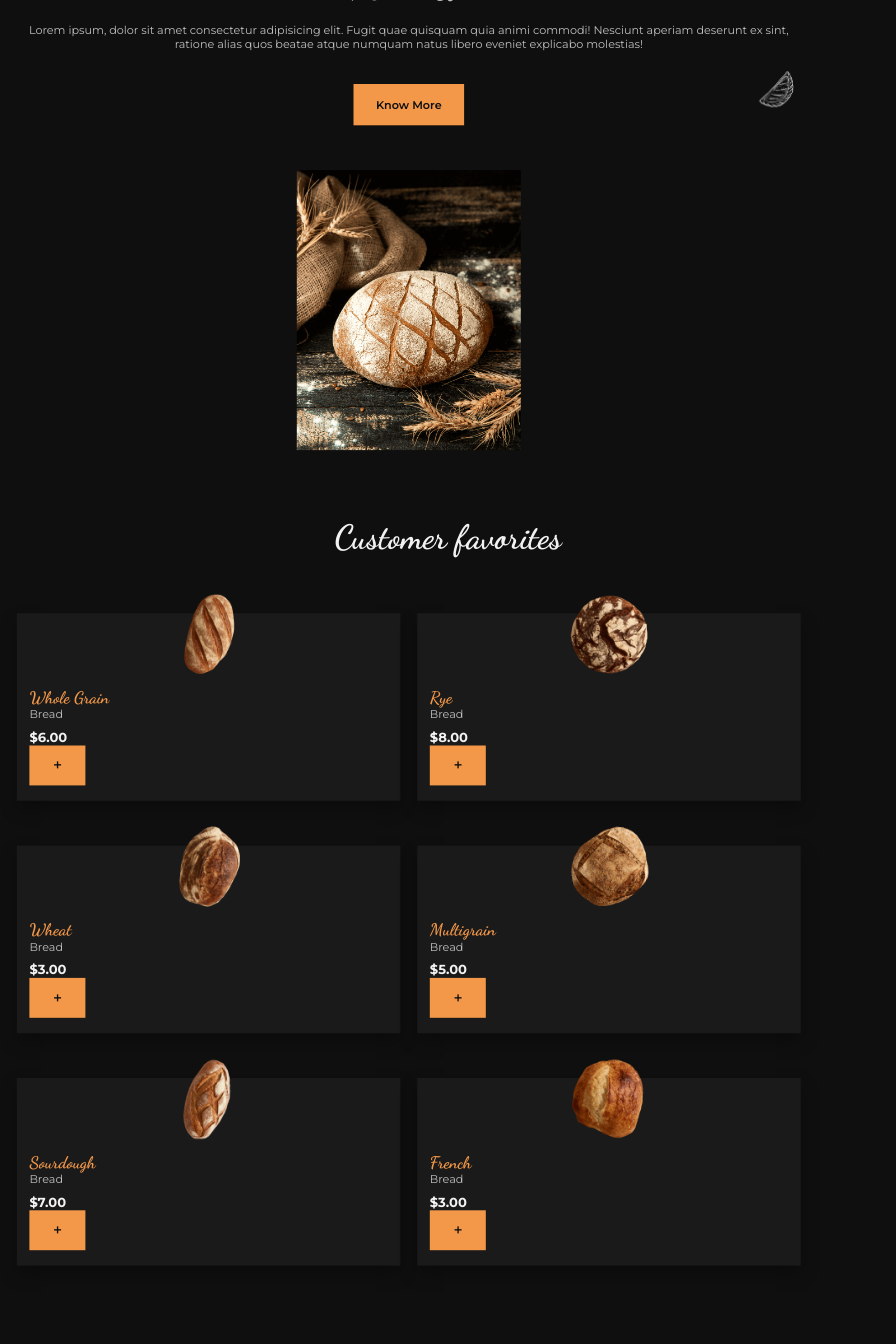
Repository: dinhhaidh/Bakery-web
Page: index.html
The author's editor kept a copy of each file at every save. The page is drawn from the files as they stood at one save, then again after a run of saves.
The browser window is 1280 px wide. The pictures show the part of the page from y = 1960 to 3880 px (the page is 3880 px tall before and 3868 px after), at 70% of full size.
Some web libraries are served in a nearby version.

Above is the page before, as saved 2024-01-16 15:19:32.

### index.html
<!DOCTYPE html>
<html lang="en">
  <head>
    <meta charset="UTF-8" />
    <meta name="viewport" content="width=device-width, initial-scale=1.0" />

    <!--=============== FAVICON ===============-->
    <link rel="shortcut icon" href="assets/img/favicon.png" type="image/x-icon"/>
    <!--=============== REMIXICONS ===============-->
    <link rel="stylesheet"  href="https://cdnjs.cloudflare.com/ajax/libs/remixicon/3.7.0/remixicon.css"/>
    <!--=============== CSS ===============-->
    <link rel="stylesheet" href="./css/style.css"/>

    <title>Responsive bakery website - Bedimcode</title>
  </head>
  <body>
    <!--==================== HEADER ====================-->
    <header class="header" id="header">
        <nav class="nav container">
            <a href="#" class="nav__logo">Bakery</a>
            <div class="nav__menu" id="nav-menu">
                <ul class="nav__list">
                    <li class="nav__item">
                        <a href="#home" class="nav__link">Home</a>
                    </li>
                    <li class="nav__item">
                        <a href="#new" class="nav__link">News</a>
                    </li>
                    <li class="nav__item">
                        <a href="#about" class="nav__link">About Us</a>
                    </li>
                    <li class="nav__item">
                        <a href="#favorite" class="nav__link">Favorites</a>
                    </li>
                    <li class="nav__item">
                        <a href="#visit" class="nav__link">Location</a>
                    </li>
                </ul>
                <div class="nav__close" id="nav-close">
                    <i class="ri-close-line"></i>
                </div>

                <img src="./img/bread-4.png" alt="image" class="nav__img-1">
                <img src="./img/bread-1.png" alt="image" class="nav__img-2">
            </div>

            <!-- toggle button -->
            <div class="nav__toggle" id="nav-toggle">
                <i class="ri-menu-line"></i>
            </div>
        </nav>
    </header>

    <!--==================== MAIN ====================-->
    <main class="main">
      <!--==================== HOME ====================-->
      <section class="home section" id="home">
        <img src="./img/home-bg.jpg" alt="image" class="home__bg">
        <div class="home__shadow"></div>
        <div class="home__container container grid">
            <div class="home__data">
                <h1 class="home__title">
                    Select The Best.<br> Quality Breads
                </h1>
                <a href="#" class="button">Select breads</a>

                <img src="./img/bread-1.png" alt="image" class="home__bread">
            </div>
            <div class="home__image">
                <img src="./img/home-bread.png" alt="image" class="home__img">
            </div>
            <footer class="home__footer">
                <div class="home__location">
                    <i class="ri-map-pin-line"></i>
                    <span>Av. The Sun #321 <br> Lima Peru</span>
                </div>
                <div class="home__social">
                    <a href="https://www.facebook.com/" target="_blank">

                        <i class="ri-facebook-circle-line"></i>
                    </a>
                    <a href="https://www.instagram.com/
                    " target="_blank">
                        <i class="ri-instagram-line"></i>
                    </a>
                    <a href="https://www.youtube.com/" target="_blank">
                        <i class="ri-youtube-line"></i>
                    </a>
                </div>
            </footer>
        </div>
      </section>

      <!--==================== NEWS ====================-->
      <section class="new section" id="new">
        <h2 class="section__title">New breads</h2>

        <div class="new__container container grid">
            <div class="new__content grid">
                <article class="new__card">
                    <div class="new__data">
                        <h2 class="new__title">Rye Bread</h2>
                        <p class="new__description">
                            Baked width healthy, gluten-free
                            sourdough for good nutrition.
                        </p>
                    </div>
                    <img src="./img/new-bread-1.png" alt="image" class="new__img">
                </article>
                <article class="new__card">
                    <div class="new__data">
                        <h2 class="new__title">Whole grain bread</h2>
                        <p class="new__description">
                            Crispy and homemade prepared
                            form organic yeast-free flour
                        </p>
                    </div>
                    <img src="./img/new-bread-2.png"  alt="image" class="new__img">
                </article>
                <article class="new__card">
                    <div class="new__data">
                        <h2 class="new__title">Multigrain Bread</h2>
                        <p class="new__description">
                            Tasty and made with different
                            natural grains form the countryside
                        </p>
                    </div>
                    <img src="./img/new-bread-3.png"  alt="image" class="new__img">
                </article>
            </div>
            <a href="#" class="new__button button">See More Breads</a>
        </div>
      </section>

      <!--==================== ABOUT ====================-->
      <section class="about section" id="about">
        <div class="about__container container grid">
            <div class="about__data">
                <div class="section__title">About Us</div>

                <p class="about__description">
                    Lorem ipsum, dolor sit amet consectetur adipisicing elit. Fugit quae quisquam quia animi commodi! Nesciunt aperiam deserunt ex sint, ratione alias quos beatae atque numquam natus libero eveniet explicabo molestias!
                </p>
                <a href="#" class="button">Know More</a>
                <img src="./img/bread-2.png" alt="image" class="about__bread">
            </div>
            <img src="./img/about-bread.png" alt="" class="about__img">
        </div>
      </section>

      <!--==================== FAVORITES ====================-->
      <section class="favorite section" id="favorite">
        <h2 class="section__title">Customer favorites</h2>
        <div class="favorite__container container grid">
            <article class="article__card">
                <img src="./img/favorite-bread-1.png" alt="image" class="favorite__img">
                <div class="favorite__data">
                    <h2 class="favorite__title">Whole Grain</h2>
                    <span class="favorite__subtitle">Bread</span>
                    <h3 class="favorite__price">$6.00</h3>
                </div>
                <button class="favorite__button button">
                    <i class="ri-add-line"></i>
                </button>
            </article>
            <article class="article__card">
                <img src="./img/favorite-bread-2.png" alt="image" class="favorite__img">
                <div class="favorite__data">
                    <h2 class="favorite__title">Rye</h2>
                    <span class="favorite__subtitle">Bread</span>
                    <h3 class="favorite__price">$8.00</h3>
                </div>
                <button class="favorite__button button">
                    <i class="ri-add-line"></i>
                </button>
            </article>
            <article class="article__card">
                <img src="./img/favorite-bread-3.png" alt="image" class="favorite__img">
                <div class="favorite__data">
                    <h2 class="favorite__title">Wheat</h2>
                    <span class="favorite__subtitle">Bread</span>
                    <h3 class="favorite__price">$3.00</h3>
                </div>
                <button class="favorite__button button">
                    <i class="ri-add-line"></i>
                </button>
            </article>
            <article class="article__card">
                <img src="./img/favorite-bread-4.png" alt="image" class="favorite__img">
                <div class="favorite__data">
                    <h2 class="favorite__title">Multigrain</h2>
                    <span class="favorite__subtitle">Bread</span>
                    <h3 class="favorite__price">$5.00</h3>
                </div>
                <button class="favorite__button button">
                    <i class="ri-add-line"></i>
                </button>
            </article>
            <article class="article__card">
                <img src="./img/favorite-bread-5.png" alt="image" class="favorite__img">
                <div class="favorite__data">
                    <h2 class="favorite__title">Sourdough</h2>
                    <span class="favorite__subtitle">Bread</span>
                    <h3 class="favorite__price">$7.00</h3>
                </div>
                <button class="favorite__button button">
                    <i class="ri-add-line"></i>
                </button>
            </article>
            <article class="article__card">
                <img src="./img/favorite-bread-6.png" alt="image" class="favorite__img">
                <div class="favorite__data">
                    <h2 class="favorite__title">French</h2>
                    <span class="favorite__subtitle">Bread</span>
                    <h3 class="favorite__price">$3.00</h3>
                </div>
                <button class="favorite__button button">
                    <i class="ri-add-line"></i>
                </button>
            </article>
        </div>
      </section>

      <!--==================== VISIT ====================-->
      <section class="visit section" id="visit"></section>
    </main>

    <!--==================== FOOTER ====================-->
    <footer class="footer"></footer>

    <!--========== SCROLL UP ==========-->

    <!--=============== SCROLLREVEAL ===============-->
    <script src="./js/scrollreveal.min.js"></script>
    <script src="https://code.jquery.com/jquery-3.7.1.min.js"></script>

    <!--=============== MAIN JS ===============-->
    <script src="./js/main.js"></script>
  </body>
</html>

### css/style.css
/*=============== GOOGLE FONTS ===============*/
@import url("https://fonts.googleapis.com/css2?family=Dancing+Script:wght@700&family=Montserrat:wght@400;600;700&display=swap");

/*=============== VARIABLES CSS ===============*/
:root {
    --header-height: 3.5rem;

    /*========== Colors ==========*/
    /*Color mode HSL(hue, saturation, lightness)*/
    --first-color: hsl(28, 88%, 62%);
    --first-color-alt: hsl(28, 84%, 58%);
    --title-color: hsl(0, 0%, 95%);
    --text-color: hsl(0, 0%, 75%);
    --text-color-light: hsl(0, 0%, 65%);
    --black-color: hsl(0, 0%, 6%);
    --body-color: hsl(0, 0%, 6%);
    --container-color: hsl(0, 0%, 10%);

    /*========== Font and typography ==========*/
    /*.5rem = 8px | 1rem = 16px ...*/
    --body-font: "Montserrat", sans-serif;
    --second-font: "Dancing Script", cursive;
    --biggest-font-size: 3rem;
    --bigger-font-size: 2rem;
    --h1-font-size: 1.5rem;
    --h2-font-size: 1.25rem;
    --h3-font-size: 1rem;
    --normal-font-size: .938rem;
    --small-font-size: .813rem;

    /*========== Font weight ==========*/
    --font-regular: 400;
    --font-semi-bold: 600;
    --font-bold: 700;

    /*========== z index ==========*/
    --z-tooltip: 10;
    --z-fixed: 100;
}

/*========== Responsive typography ==========*/
@media screen and (min-width: 1150px) {
    :root {
        --biggest-font-size: 5rem;
        --bigger-font-size: 3rem;
        --h1-font-size: 2.25rem;
        --h2-font-size: 1.5rem;
        --h3-font-size: 1.25rem;
        --normal-font-size: 1rem;
        --small-font-size: .875rem;
    }
}

/*=============== BASE ===============*/
* {
    box-sizing: border-box;
    padding: 0;
    margin: 0;
}

html {
    scroll-behavior: smooth;
}

body,
button {
    font-family: var(--body-font);
    font-size: var(--normal-font-size);
}

body {
    background-color: var(--body-color);
    color: var(--text-color);
}

button {
    border: none;
    outline: none;
}

h1,
h2,
h3,
h4 {
    color: var(--title-color);
    font-weight: var(--font-bold);
}

ul {
    list-style: none;
}

a {
    text-decoration: none;
}

img {
    display: block;
    max-width: 100%;
    height: auto;
}

/*=============== REUSABLE CSS CLASSES ===============*/
.container {
    max-width: 1120px;
    margin-inline: 1.5rem;
}

.grid {
    display: grid;
    gap: 1.5rem;
}

.section {
    padding-block: 5rem 1rem;
}

.section__title {
    font-size: var(--bigger-font-size);
    font-family: var(--second-font);
    margin-bottom: 1.5rem;
    text-align: center;
}

.main {
    overflow: hidden;
    /* For animation ScrollReveal */
}

/*=============== HEADER & NAV ===============*/
.header{
    position: fixed;
    width: 100%;
    top: 0;
    left: 0;
    background-color: transparent;
    z-index: var(--z-fixed);
}
.nav{
    position: relative;
    height: var(--header-height);
    display: flex;
    justify-content: space-between;
    align-items: center;
}
.nav__logo{
    color: var(--first-color);
    font-size: var(--h2-font-size);
    font-family: var(--second-font);
    transition: color .4s;
}
.nav__logo:hover{
    color: var(--first-color-alt);
}
.nav__close,
.nav__toggle{
    font-size: 1.5rem;
    color: var(--title-color);
    cursor: pointer;
}

/* Navigation for mobile devices */
/* responsive */
@media screen and (max-width: 1150px) {
    .nav__menu{
        position: fixed;
        top: 0;
        right: -100%;
        background-color: hsla(0,0%,6%, .2);
        backdrop-filter: blur(16px);
        -webkit-backdrop-filter: blur(16px);
        width: 80%;
        height: 100%;
        padding: 6rem 3rem 0;
        transition: right .4s;
    }
    .nav__list{
        display: flex;
        flex-direction: column;
        row-gap: 2.5rem;
    }
    .nav__link{
        color: var(--title-color);
        font-weight: var(--font-semi-bold);
        transition: color .4s;
    }
    .nav__link:hover{
        color: var(--first-color);
    }
    .nav__close,
    .nav__img-1,
    .nav__img-2{
        position: absolute;
    }
    .nav__close{
        top: 1rem;
        right: 1.5rem;
    }
    .nav__img-1{
        width: 80px;
        top: 11rem;
        right: 0.75rem;
    }
    .nav__img-2{
        width: 60px;
        top: 28rem;
        left: 6rem;
    }
}

/* Show menu */
.show-menu{
    right: 0;
}

/* Add blur header */
/* Thêm tiêu đề mờ, khi kéo xuống hiển thị thanh nngang fixed */
.blur-header::after{
    content: '';
    position: absolute;
    width: 100%;
    height: 100%;
    background-color: hsla(0, 0%, 6%, .2);
    backdrop-filter: blur(16px);
    -webkit-backdrop-filter: blur(16px);
    top: 0;
    left: 0;
    z-index: -1;
}

/* Active link */


/*=============== HOME ===============*/
.home{
    position: relative;
    padding-top: 6.5rem;
}
.home__container{
    row-gap: 2rem;
}
.home__bg,
.home__shadow{
    position: absolute;
    top: 0;
    left: 0;
    width: 100%;
    height: 100%;
    z-index: -1;
}
.home__bg{
    object-fit: cover;
    object-position: center;
}
.home__shadow{
    background: linear-gradient(180deg, hsla(0, 0%, 0%, 0) 0%, hsl(0, 0%, 6%) 100%);

}
.home__data{
    position: relative;
    text-align: center;
}
.home__title{
    font-size: var(--biggest-font-size);
    font-family: var(--second-font);
    margin-bottom: 1.5rem;
}
.home__bread{
    width: 50px;
    position: absolute;
    top: 15rem;
    left: 4rem;
}
.home__image{
    max-width: 400px;
    justify-self: center;
}
.home__img{
    rotate: 15deg;
}
.home__footer,
.home__location,
.home__social{
    display: flex;
}
.home__footer{
    justify-content: space-between;
    align-items: center;
}
.home__location{
    align-items: center;
    column-gap: .5rem;
}
.home__location i{
    font-size: 1.5rem;
    color: var(--first-color);
}
.home__location span{
    color: var(--title-color);
    font-size: var(--small-font-size);
}
.home__social{
    column-gap: 1rem;
}
.home__social a{
    color: var(--title-color);
    font-size: 1.5rem;
    transition: color 4s;
}
.home__social a:hover{
    color: var(--first-color);
}

/*=============== BUTTON ===============*/
.button{
    display: inline-flex;
    background-color: var(--first-color);
    color: var(--black-color);
    font-weight: var(--font-semi-bold);
    padding: 1.25rem 2rem;
    transition: background-color .4s;
}
.button:hover{
    background-color: var(--first-color-alt);
}

/*=============== NEW ===============*/
.new{

}
.new__container{
    padding-top: 1.5rem;
    row-gap: 3.5rem;
}
.new__content{
    row-gap: 2rem
}
.new__card{
    display: flex;
    column-gap: 1rem;
    align-items: center;
}
.new__card:nth-child(2) img{
    order: -1;
}
.new__img{
    width: 150px;
}
.new__data{

}
.new__title{
    font-size: var(--h2-font-size);
    font-family: var(--second-font);
    color: var(--first-color);
    margin-bottom: .5rem;
}
.new__description{
    font-size: var(--small-font-size);
}
.new__button{
    justify-self: center;
}

/*=============== ABOUT ===============*/
.about__container{
    row-gap: 4rem;
}
.about__data{
    position: relative;
    text-align: center;
}
.about__description{
    margin-bottom: 3rem;
}
.about__bread{
    width: 60px;
    position: absolute;
    bottom: 1rem;
    right: 0;
}
.about__img{
    width: 320px;
    justify-self: center;
}

/*=============== FAVORITES ===============*/
.favorite__container{
    padding-top: 3.5rem;
    grid-template-columns: repeat(2, 1fr);
    gap: 4rem 1.5rem;
}
.article__card{
position: relative;
background-color: var(--container-color);
box-shadow: 0 12px 24px hsla(0, 0%, 0%, .3 );
padding: 6.5rem 1rem 1.25rem;
border: 2px solid transparent;
transition: border-color .4s;
}
.favorite__img{
    width: 120px;
    position: absolute;
    top: -2rem;
    left: 0;
    right: 0;
    margin: 0 auto;
}
.favorite__data{

}
.favorite__title{
    font-size: var(--h2-font-size);
    font-family: var(--second-font);
    color: var(--first-color);
}
.favorite__subtitle{
    display: block;
    margin-bottom: 0.75rem;
}
.favorite__price{

}
.favorite__button{

}
.button{

}
.ri-add-line{

}

/*=============== VISIT ===============*/


/*=============== FOOTER ===============*/


/*=============== SCROLL BAR ===============*/


/*=============== SCROLL UP ===============*/


/* Show Scroll Up */


/*=============== BREAKPOINTS ===============*/
/* For small devices */


/* For medium devices */


/* For large devices */

Loaded but not shown: js/scrollreveal.min.js (library); js/main.js (no copy from this time; the picture is the same without it)

After the next 4 saves:
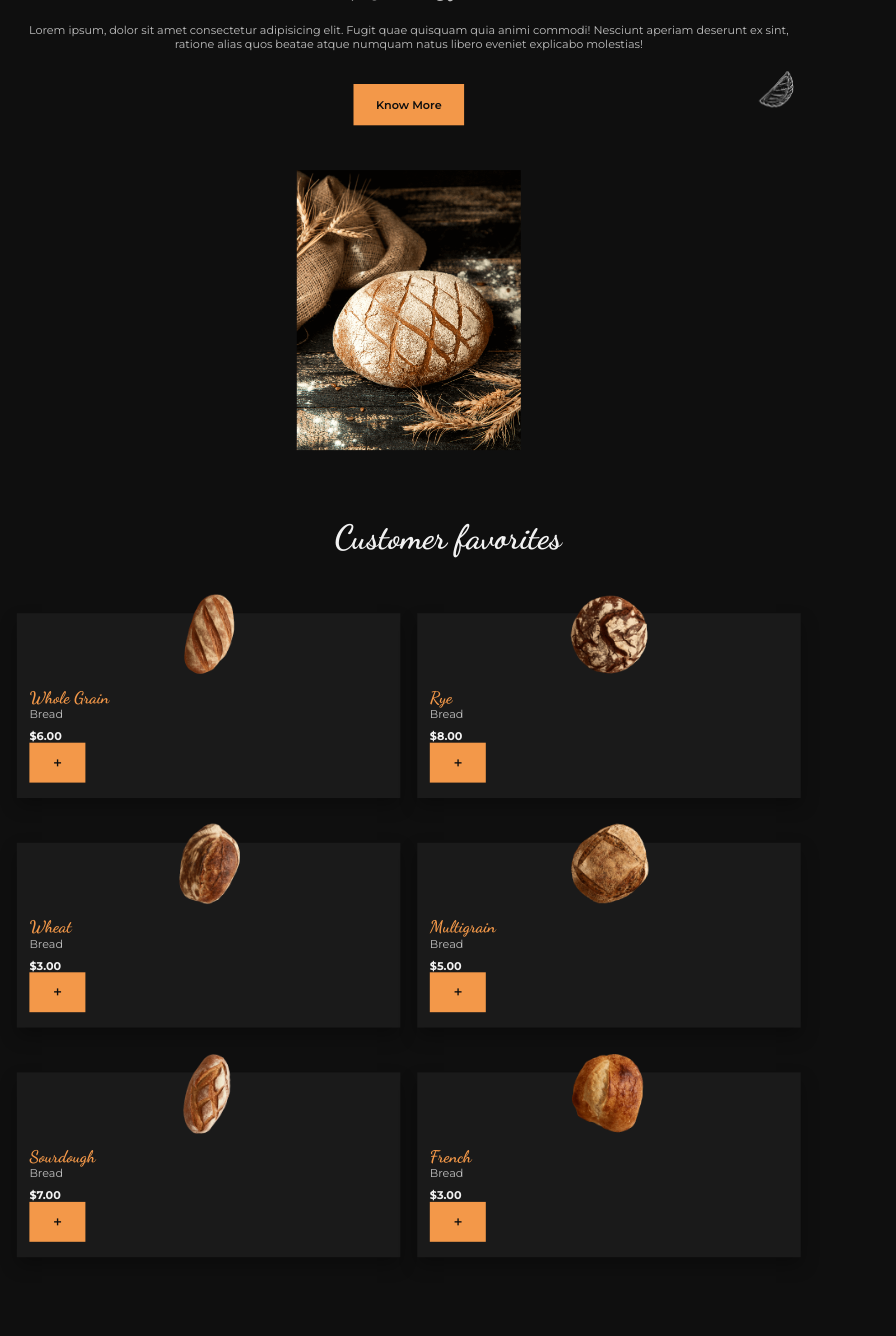
The 4 saves are shown as one change because they came seconds apart.
The last was saved 13 s later.
--- a/css/style.css
+++ b/css/style.css
@@ -419,7 +419,7 @@ transition: border-color .4s;
     margin-bottom: 0.75rem;
 }
 .favorite__price{
-
+    font-size: var(--normal-font-size);
 }
 .favorite__button{
 
